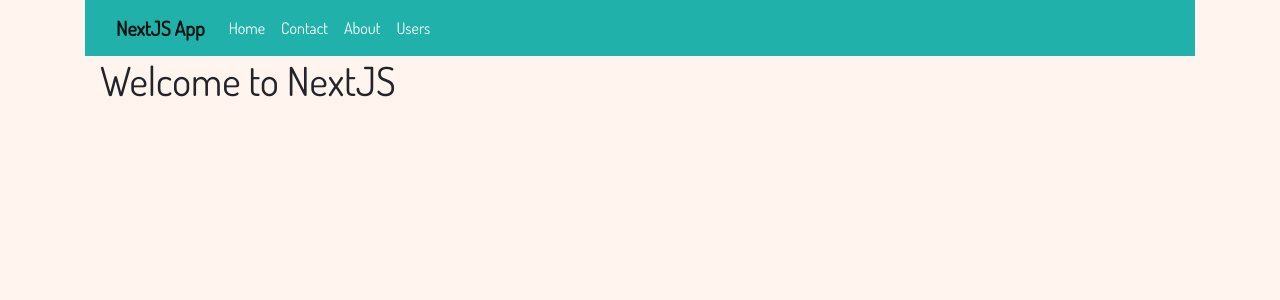
Repository: CaptainStorm21/NextJS-React16
Page: /
An editor plug-in stored every save of this project. The page is shown before and after the next save, followed by the edit.
The browser window is 1280 px wide. The pictures show the whole page.
The page's requests for data from a server got no answer. The project was rebuilt for these pictures with package versions that can differ from the ones it lists, and the page was loaded fresh each time. The framework's server and built-in components were replaced by stand-ins that run in the browser. No one was signed in, and anything a server would have sent is missing. Also part of the build but not shown: styles/main.css.

Above is the page before, as saved 2020-06-10 17:42:47.

After the next save:
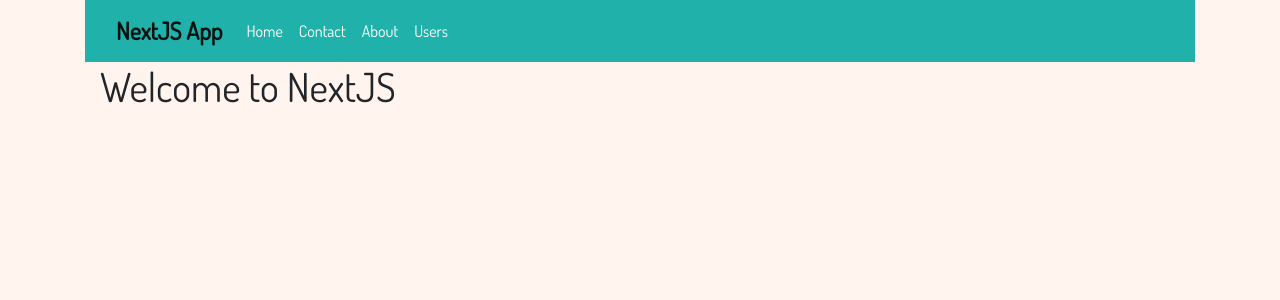
Saved 4 s later.
--- a/static/css/styles.css
+++ b/static/css/styles.css
@@ -10,7 +10,7 @@ header {
 header .navbar-brand {
   color: darkslategrey;
   font-weight: 900;
-  font-size: ;
+  font-size:  24px;
 }
 
 header .navbar-nav .nav-item {
